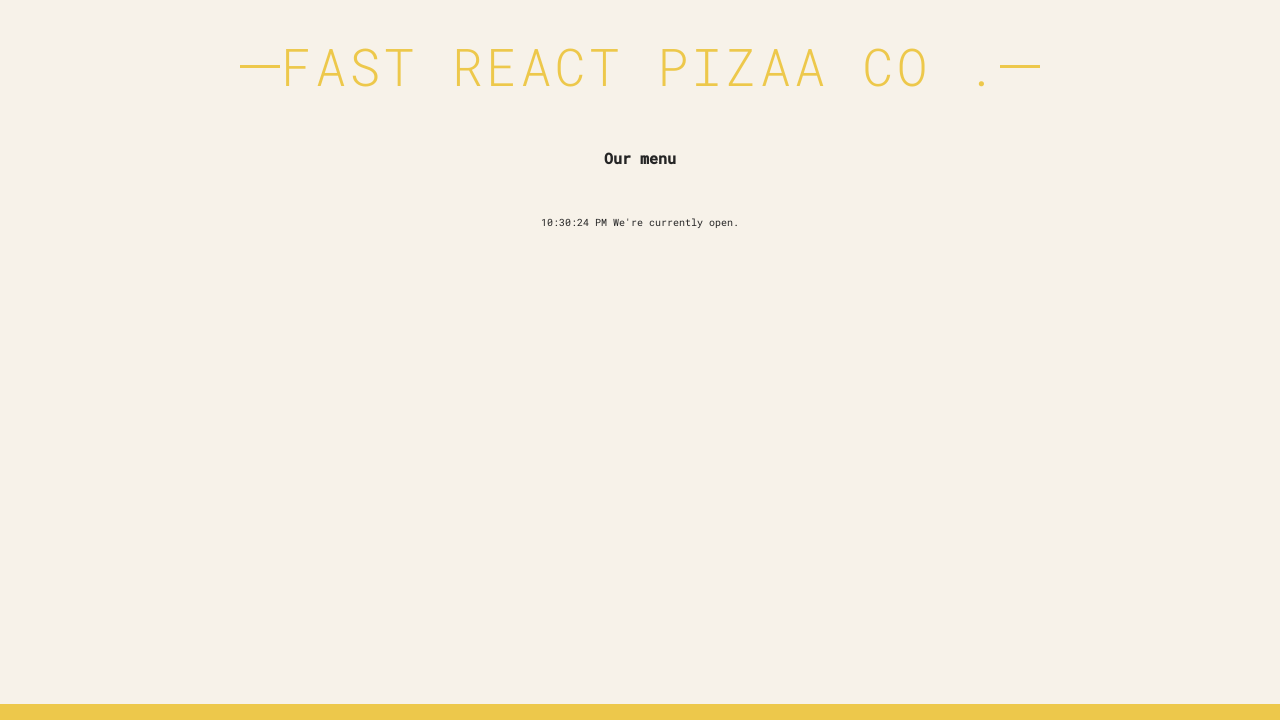
Repository: balaji-ummadisetty/reactPropsPractice
Page: /
The author's editor kept a copy of each file at every save. The page is drawn from the files as they stood at one save, then again after a run of saves.
The browser window is 1280 px wide. The pictures show the whole page.
The project was rebuilt for these pictures with package versions that can differ from the ones it lists, and the page was loaded fresh each time. Also part of the build but not shown: vite.config.js, src/index.css.

Above is the page before, as saved 2024-05-08 22:48:29.

### src/App.jsx
import React from 'react';
import './App.css';
import { pizzaData } from './data.js';

function Pizza() {

    return (
        <>
            <img src ="/pizzas/funghi.jpg" alt='Pizaa Image' />
            <h2>Pizza</h2>
        </>
    );
}

const Header= ()=>{
    // const styled = {color: 'red' , fontSize : '32px'};
       return (
        <header className='header'>
       <h1 >FAST REACT PIZAA CO .</h1>
       </header>
    ) ;
}
const Menu =()=>{
    return (
        <div>
        <h2>Our menu</h2>
        </div>
    )
}
const Footer =()=>{
    const hour = new Date().getHours();
    const openHour = 12;
    const closeHour = 22;
    return <footer> {new Date().toLocaleTimeString()} We're currently {(hour>=openHour && hour<=closeHour) ? "open" : "close"}.</footer>

}
function App() {
    return (
        <div className="container">
            <Header />
            <Menu />
            <Footer />
        </div>
    );
}

export default App;

### src/data.js
export const pizzaData = [
  {
    name: "Focaccia",
    ingredients: "Bread with italian olive oil and rosemary",
    price: 6,
    photoName: "pizzas/focaccia.jpg",
    soldOut: false,
  },
  {
    name: "Pizza Margherita",
    ingredients: "Tomato and mozarella",
    price: 10,
    photoName: "pizzas/margherita.jpg",
    soldOut: false,
  },
  {
    name: "Pizza Spinaci",
    ingredients: "Tomato, mozarella, spinach, and ricotta cheese",
    price: 12,
    photoName: "pizzas/spinaci.jpg",
    soldOut: false,
  },
  {
    name: "Pizza Funghi",
    ingredients: "Tomato, mozarella, mushrooms, and onion",
    price: 12,
    photoName: "pizzas/funghi.jpg",
    soldOut: false,
  },
  {
    name: "Pizza Salamino",
    ingredients: "Tomato, mozarella, and pepperoni",
    price: 15,
    photoName: "pizzas/salamino.jpg",
    soldOut: true,
  },
  {
    name: "Pizza Prosciutto",
    ingredients: "Tomato, mozarella, ham, aragula, and burrata cheese",
    price: 18,
    photoName: "pizzas/prosciutto.jpg",
    soldOut: false,
  },
];

Loaded but not shown: index.html (common file); src/main.jsx (common file); src/App.css (common file)

After the next 2 saves:
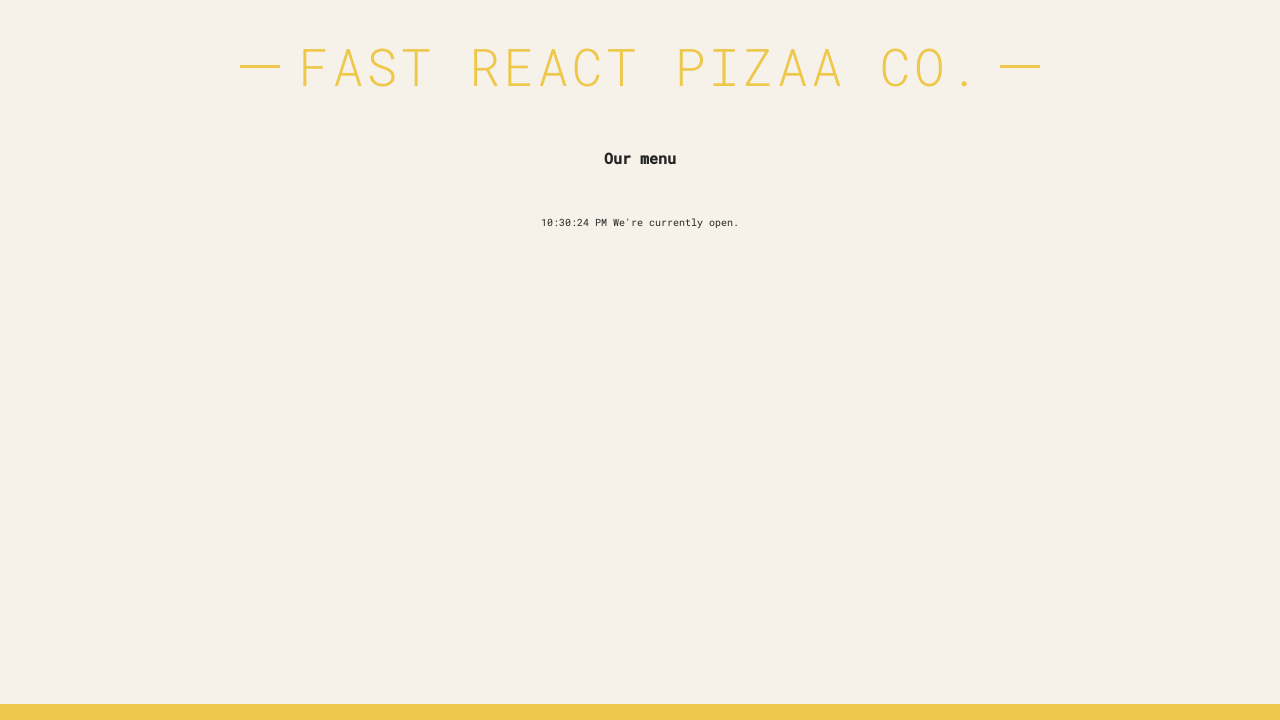
The 2 saves are shown as one change because they came seconds apart.
The last was saved 22 s later.
--- a/src/App.jsx
+++ b/src/App.jsx
@@ -16,7 +16,7 @@ const Header= ()=>{
     // const styled = {color: 'red' , fontSize : '32px'};
        return (
         <header className='header'>
-       <h1 >FAST REACT PIZAA CO .</h1>
+       <h1>FAST REACT PIZAA CO.</h1>
        </header>
     ) ;
 }
